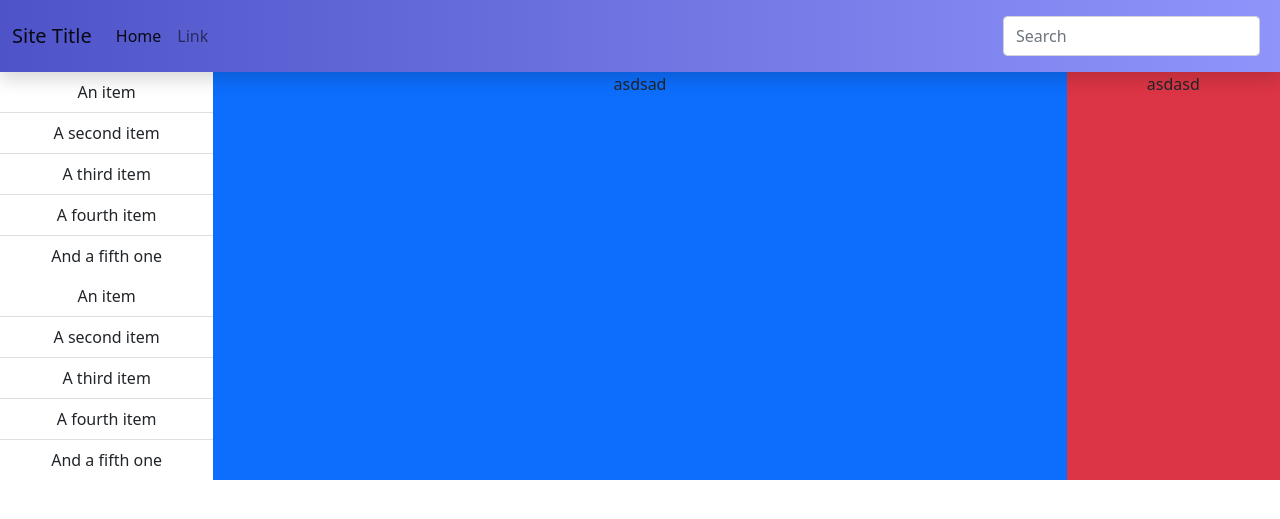
Repository: ttranhhoang/layoutBS
Page: layoutBS1/index.html
These files come from the project's save history. The page is drawn as it stood at one moment and after the next save; the edit follows.
The browser window is 1280 px wide. The pictures show the whole page.

Above is the page before, as saved 2022-04-24 18:32:20.

### layoutBS1/index.html
<!DOCTYPE html>
<html lang="en">
  <head>
    <meta charset="UTF-8" />
    <meta http-equiv="X-UA-Compatible" content="IE=edge" />
    <meta name="viewport" content="width=device-width, initial-scale=1.0" />
    <title>Layout BS</title>
    <link
      href="https://cdn.jsdelivr.net/npm/bootstrap@5.1.3/dist/css/bootstrap.min.css"
      rel="stylesheet"
      integrity="sha384-1BmE4kWBq78iYhFldvKuhfTAU6auU8tT94WrHftjDbrCEXSU1oBoqyl2QvZ6jIW3"
      crossorigin="anonymous"
    />
    <link rel="stylesheet" href="index.css" />
  </head>
  <body>
    <header class="header">
      <nav class="navbar navbar-expand-lg fixed-top shadow navbar-light">
        <div class="container-fluid">
          <a class="navbar-brand" href="#">Site Title</a>
          <button
            class="navbar-toggler"
            type="button"
            data-bs-toggle="offcanvas"
            data-bs-target="#navbarOffcanvasLg"
            aria-controls="navbarOffcanvasLg"
            aria-expanded="false"
            aria-label="Toggle navigation"
          >
            <span class="navbar-toggler-icon"></span>
          </button>

          <div
            class="offcanvas offcanvas-end"
            tabindex="-1"
            id="navbarOffcanvasLg"
            aria-labelledby="navbarOffcanvasLgLabel"
          >
            <div class="offcanvas-header">
              <h5 class="offcanvas-title" id="offcanvasNavbarLabel">
                Offcanvas
              </h5>
              <button
                type="button"
                class="btn-close text-reset"
                data-bs-dismiss="offcanvas"
                aria-label="Close"
              ></button>
            </div>
            <div class="offcanvas-body">
              <ul class="navbar-nav justify-content-start flex-grow-1 pe-3">
                <li class="nav-item">
                  <a class="nav-link active" aria-current="page" href="#"
                    >Home</a
                  >
                </li>
                <li class="nav-item">
                  <a class="nav-link" href="#">Link</a>
                </li>
              </ul>
              <form class="d-flex">
                <input
                  class="form-control me-2"
                  type="search"
                  placeholder="Search"
                  aria-label="Search"
                />
              </form>
            </div>
          </div>
        </div>
      </nav>
    </header>

    <section>
      <div class="">
        <div class="row g-0">
          <div class="col-md-2 text-center bg-danger">
            <ul class="list-group list-group-flush">
              <li class="list-group-item">An item</li>
              <li class="list-group-item">A second item</li>
              <li class="list-group-item">A third item</li>
              <li class="list-group-item">A fourth item</li>
              <li class="list-group-item">And a fifth one</li>
            </ul>

            <ul class="list-group list-group-flush">
              <li class="list-group-item">An item</li>
              <li class="list-group-item">A second item</li>
              <li class="list-group-item">A third item</li>
              <li class="list-group-item">A fourth item</li>
              <li class="list-group-item">And a fifth one</li>
            </ul>
          </div>
          <div class="col-md-8 text-center bg-primary">asdsad</div>
          <div class="col-md-2 text-center bg-danger">asdasd</div>
        </div>
      </div>
    </section>

    <script
      src="https://cdn.jsdelivr.net/npm/bootstrap@5.1.3/dist/js/bootstrap.bundle.min.js"
      integrity="sha384-ka7Sk0Gln4gmtz2MlQnikT1wXgYsOg+OMhuP+IlRH9sENBO0LRn5q+8nbTov4+1p"
      crossorigin="anonymous"
    ></script>
  </body>
</html>

### layoutBS1/index.css
*,
*::after,
*::before {
  box-sizing: border-box;
}
/* custom */
button.navbar-toggler:focus {
  box-shadow: none;
}
button[type="button"],
button[type="submit"],
button[class^="btn"]:focus {
  box-shadow: none;
}
button[class*="btn-outline"]:active:focus {
  box-shadow: none;
}

/* styles ui */
body {
  padding-top: 72px;
}
.main {
  height: 100vh;
}
nav.navbar {
  background: #4e54c8; /* fallback for old browsers */
  background: -webkit-linear-gradient(
    to left,
    #8f94fb,
    #4e54c8
  ); /* Chrome 10-25, Safari 5.1-6 */
  background: linear-gradient(
    to left,
    #8f94fb,
    #4e54c8
  ); /* W3C, IE 10+/ Edge, Firefox 16+, Chrome 26+, Opera 12+, Safari 7+ */
}
.navbar {
  padding-top: 1rem;
  padding-bottom: 1rem;
}
.navbar-light .navbar-toggler {
  border: none;
}
div.row {
  height: 100px;
}

After the next save:
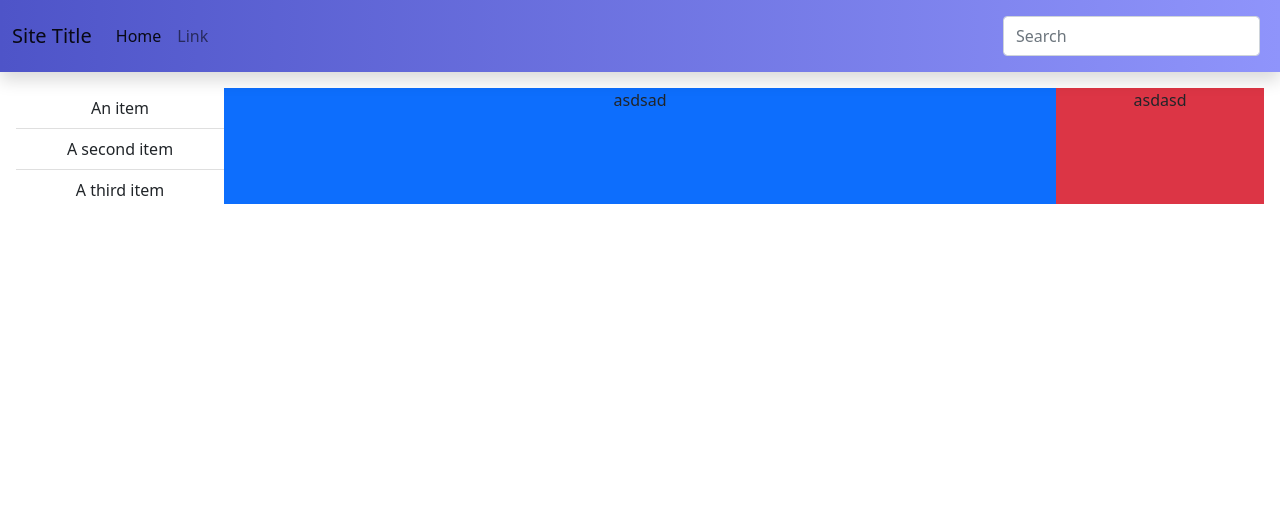
Saved 13 s later.
--- a/layoutBS1/index.html
+++ b/layoutBS1/index.html
@@ -73,7 +73,7 @@
     </header>
 
     <section>
-      <div class="">
+      <div class="offcanvas-body">
         <div class="row g-0">
           <div class="col-md-2 text-center bg-danger">
             <ul class="list-group list-group-flush">

After the save that followed:
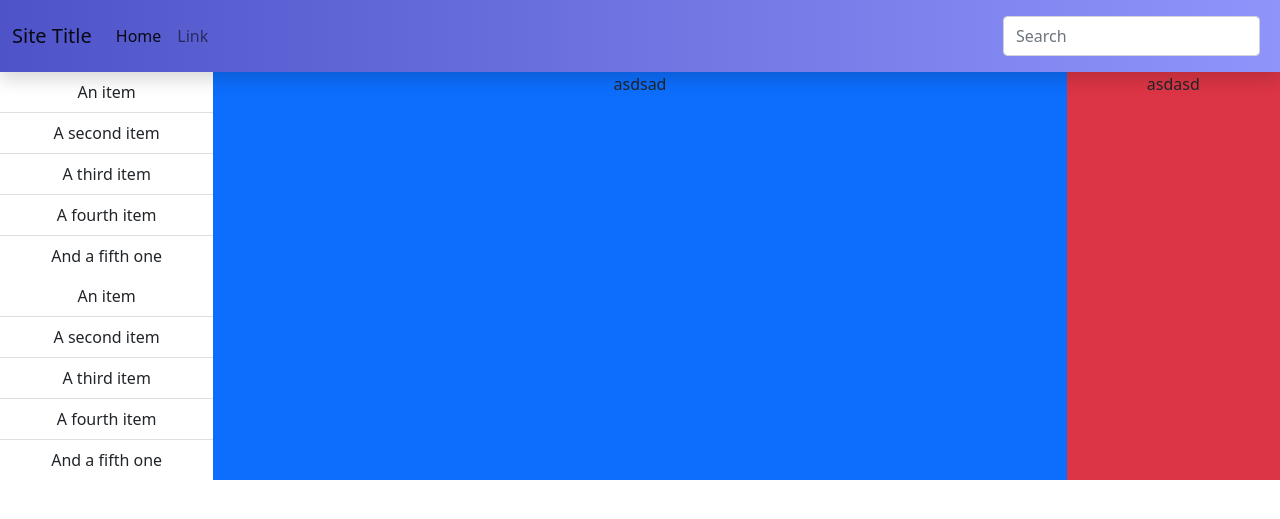
Saved 19 s later.
--- a/layoutBS1/index.html
+++ b/layoutBS1/index.html
@@ -73,7 +73,7 @@
     </header>
 
     <section>
-      <div class="offcanvas-body">
+      <div class="">
         <div class="row g-0">
           <div class="col-md-2 text-center bg-danger">
             <ul class="list-group list-group-flush">
